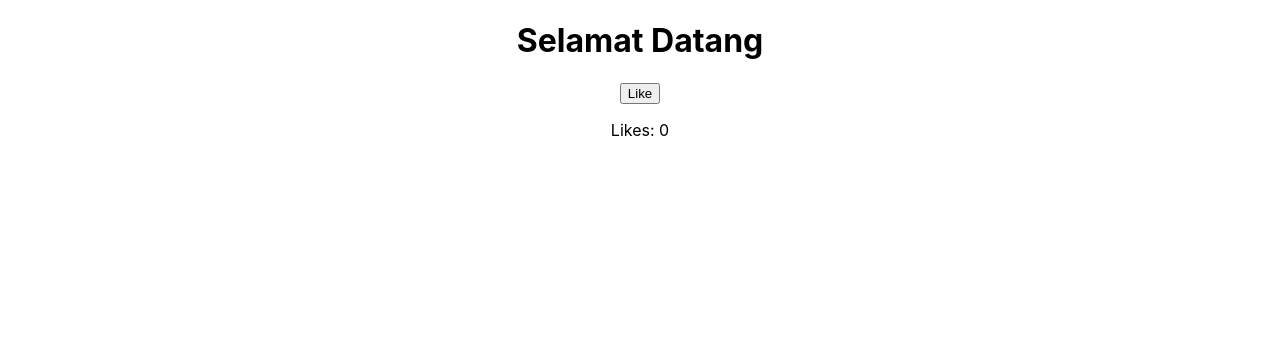
Repository: mfarhannr/Farhan_Quiz_ReactJS
Page: /
These files come from the project's save history. The page is drawn as it stood at one moment and after the next save; the edit follows.
The browser window is 1280 px wide. The pictures show the whole page.
The project was rebuilt for these pictures with package versions that can differ from the ones it lists, and the page was loaded fresh each time.

Above is the page before, as saved 2024-05-17 14:30:43.

### src/index.js
import React from 'react';
import ReactDOM from 'react-dom/client';
import './index.css';
import App from './App';
import Header from './components/text';
import reportWebVitals from './reportWebVitals';

const root = ReactDOM.createRoot(document.getElementById('root'));
root.render(
  <React.StrictMode>
    <App />
    {/* <Header /> */}
  </React.StrictMode>
);

// If you want to start measuring performance in your app, pass a function
// to log results (for example: reportWebVitals(console.log))
// or send to an analytics endpoint. Learn more: https://bit.ly/CRA-vitals
reportWebVitals();

### src/App.js

import Greeting from "./components/greeting";
import LikeButton from "./components/like-button";
import Text from "./components/text";
import "./App.css";

function App() {
  return (
    <div className="App">
      {/* <header className="App-header">
        <img src={logo} className="App-logo" alt="logo" />
        <p>
          Edit <code>src/App.js</code> and save to reload.
        </p>
        <a
          className="App-link"
          href="https://reactjs.org"
          target="_blank"
          rel="noopener noreferrer"
        ></a>
      </header> */}

      <Greeting />
      <LikeButton />
      <Text desc=""/>
    </div>
  );
}

export default App;

### src/components/text.js
import React from "react";

function Text(props) {
  return <h1>{props.desc}</h1>;
}

export default Text;

### src/components/greeting.js
import React from "react";

function Greeting() {
  return <h1>Selamat Datang</h1>;
}

export default Greeting;

### src/components/like-button.js
import React, { useState } from 'react';

function LikeButton() {
  const [likes, setLikes] = useState(0);

  const handleClick = () => {
    setLikes(likes + 1);
  };

  return (
    <div>
      <button onClick={handleClick}>Like</button>
      <p>Likes: {likes}</p>
    </div>
  );
}

export default LikeButton;

Loaded but not shown: public/index.html (common file); src/index.css (common file); src/reportWebVitals.js (common file); src/App.css (common file)

After the next save:
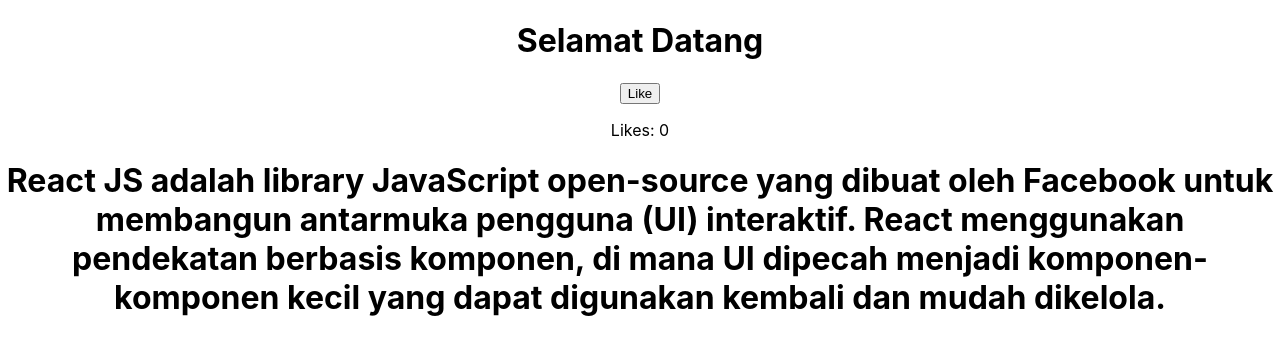
Saved 39 s later.
--- a/src/App.js
+++ b/src/App.js
@@ -22,7 +22,7 @@
 
       <Greeting />
       <LikeButton />
-      <Text desc=""/>
+      <Text desc="React JS adalah library JavaScript open-source yang dibuat oleh Facebook untuk membangun antarmuka pengguna (UI) interaktif. React menggunakan pendekatan berbasis komponen, di mana UI dipecah menjadi komponen-komponen kecil yang dapat digunakan kembali dan mudah dikelola." />
     </div>
   );
 }
